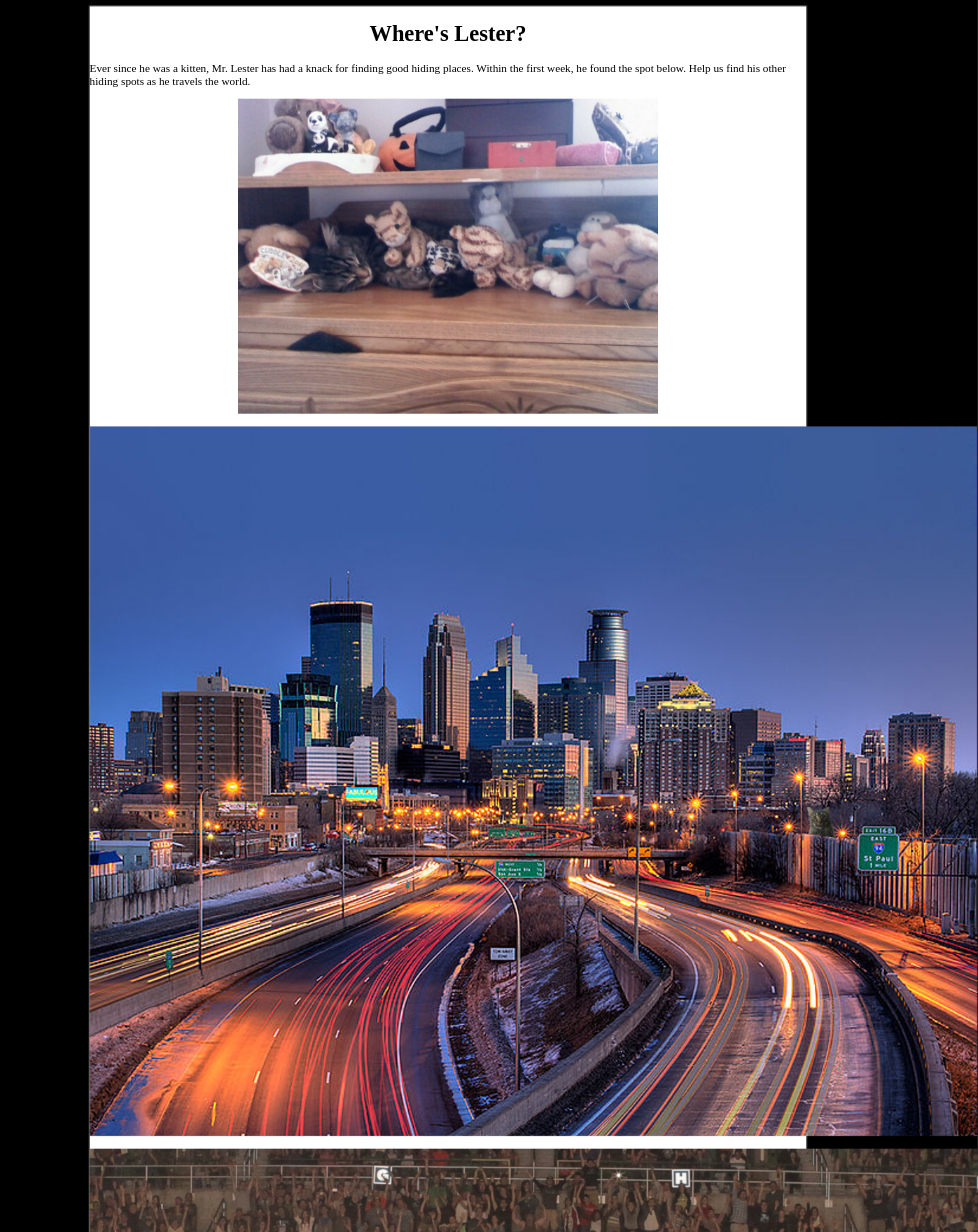
Repository: thantos/lesterfinder
Page: index.html
The author's editor kept a record of every edit. The page is drawn from the files as they stood at one moment, then again after the next edit.
The browser window is 1280 px wide. The page is 1397 px wide, so the pictures cover 1397 px, including what lies to the right of the window. The pictures show the part of the page from y = 0 to 1760 px (the page is 2664 px tall before and 2654 px after), at 70% of full size.

Above is the page before.

After the next edit:
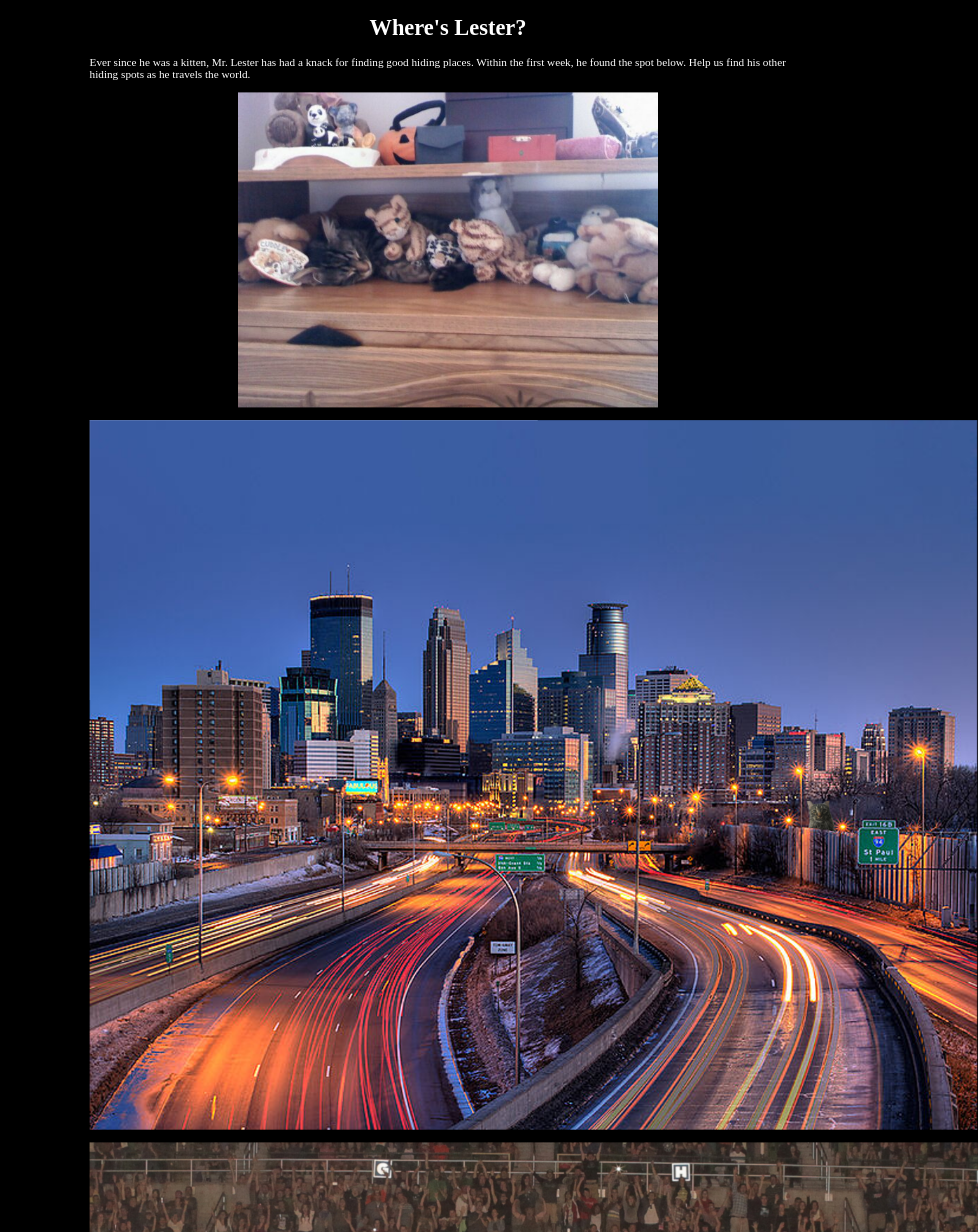
The edit:
--- a/css/lesterfinder.css
+++ b/css/lesterfinder.css
@@ -5,8 +5,7 @@
 .container {
     width: 1024px;
     margin: auto;
-    border: 1px solid;
-    background: white;
+    color: white;
 }
 
 .body img {
